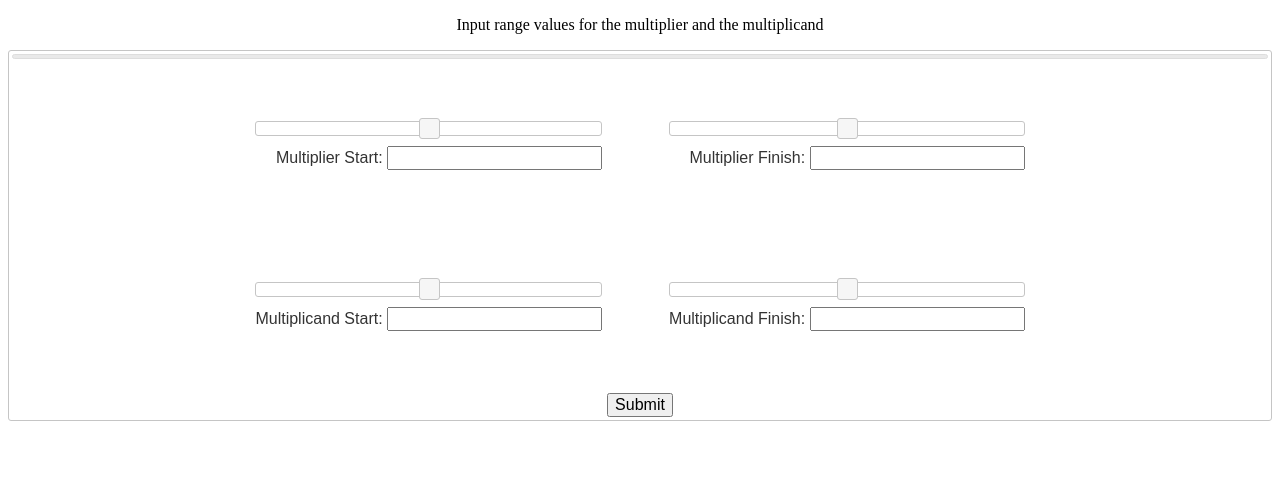
Repository: khrasna/HW4Part2
Page: index.html
The author's editor kept a copy of each file at every save. The page is drawn from the files as they stood at one save, then again after the next save.
The browser window is 1280 px wide. The pictures show the whole page.
Some web libraries are served in a nearby version.

Above is the page before, as saved 2021-11-15 16:24:49.

### index.html
<!-- HTML file for Assignment 3
By Karsten Hrasna  email Karsten_Hrasna@student.uml.edu-->
<!DOCTYPE html>
<html>

<head>
    <title>Multiplication Table</title>
    <link rel="stylesheet" href="style.css">
    <script type="text/javascript" src="https://ajax.googleapis.com/ajax/libs/jquery/3.5.1/jquery.min.js"></script>
    <script type="text/javascript" src="dist/jquery.validate.min.js"></script>
    <script type="text/javascript" src="formvalidate.js"></script>
    <script type="text/javascript"
        src="https://ajax.googleapis.com/ajax/libs/jqueryui/1.11.4/jquery-ui.min.js"></script>
    <link rel="stylesheet" href="https://ajax.googleapis.com/ajax/libs/jqueryui/1.11.4/themes/smoothness/jquery-ui.css">
</head>

<body>
    <p>Input range values for the multiplier and the multiplicand</p>
    <div id="tabs">
        <ul>

        </ul>
        <div id="tab1">
            <!-- Learned from W3schools. Creates a form which takes number ranges for multiplier and multiplicand. -->


            <form id="FormInput" action="javascript:void(0);" method="get">
                <!--Learned about javascript:void(0) from Dutchie432 at https://stackoverflow.com/questions/1818249/form-with-no-action-and-where-enter-does-not-reload-page-->
                <table>
                    <tr>

                        <td class="pad">
                            <div id="slider-1"></div>
                            Multiplier Start: <input input="text" name="MultiplierStart">
                        </td>

                        <td>
                            <div id="slider-2"></div>
                            Multiplier Finish: <input type="text" name="MultiplierFinish">
                        </td>
                    </tr>
                    <tr>
                        <td class="pad">
                            <div id="slider-3"></div>
                            Multiplicand Start: <input type="text" name="MultiplicandStart">
                        </td>

                        <td>
                            <div id="slider-4"></div>
                            Multiplicand Finish: <input type="text" name="MultiplicandFinish">
                        </td>
                    </tr>
                </table>
                <input type="submit" value="Submit">
                <!--goes directly under form and processes the input to create a mult table-->
            </form>
        </div>
    </div>


</body>

</html>

### style.css
/*Created by Karsten Hrasna. email: Karsten_Hrasna@student.uml.edu*/
html,
body {
    height: 97%;
    text-align: center;
}

#slider-1,
#slider-2,
#slider-3,
#slider-4 {
    margin-bottom: 10px;
    margin-top: 10px;
}

div#tab1 {
    display: grid;
    grid-template-columns: 100%;
    /* top row of grid holds the form for input, the rest of page holds the multiplication table*/
    grid-template-rows: auto;
    height: 97%;

}

#multTable {
    margin: auto;
    border-collapse: separate;
    border-spacing: 0;
    /*the dynamically sized multiplication table */
    margin-top: 0px;
    border-bottom: 0px;

}

input[type=submit] {
    /* submit button under form spaced here */
    margin-top: 10px;
    margin-bottom: 0px;
}

#multTable td,
th {
    border: solid;
    border-color: black;
    min-width: 70px;
    font-size: 30px;
    height: 70px;
}


#multTable th {
    position: sticky;
    top: 0px;
    border-right: solid;
    border-right-color: white;
    border-bottom: solid;
    border-bottom-color: white;
    background-color: black;
    color: white;

}

#multTable th:first-child {
    position: sticky;
    top: 70px;
    left: 0;
}


.sticky {
    position: fixed;
    top: 0px;
    /* get the headers to stay fixed on mult table */
    width: 100%;
}

#multTable tr:first-child th:first-child {
    border: none;
    background-color: white;
}

#multTable p.inputError {
    margin: 0px;
}

form {
    grid-row: 1;
    margin-bottom: 0px;
}

table {
    margin-left: auto;
    margin-right: auto;
}

form td {
    text-align: right;
    justify-content: right;
    padding: 50px;

    /*line up the input form textboxes*/
}

form p {
    margin: 0px;
}

td.pad {
    padding-right: 15px;
}

### formvalidate.js
$(function () {
    $("#tabs").tabs();

    $("#slider-1").slider({
        min: -50,                       //initialize the four sliders to set the values of their respective input boxes
        max: 50,
        slide: function (event, ui) {
            $('input[name="MultiplierStart"]').val(ui.value);
        }
    });
    $("#slider-2").slider({
        min: -50,
        max: 50,
        slide: function (event, ui) {
            $('input[name="MultiplierFinish"]').val(ui.value);
        }
    });
    $("#slider-3").slider({
        min: -50,
        max: 50,
        slide: function (event, ui) {
            $('input[name="MultiplicandStart"]').val(ui.value);
        }
    });
    $("#slider-4").slider({
        min: -50,
        max: 50,
        slide: function (event, ui) {
            $('input[name="MultiplicandFinish"]').val(ui.value);
        }
    });

    $('input[name="MultiplierStart"]').on('keyup', function () { //if the input boxes values are changed, set the slider to that value
        $("#slider-1").slider("option", "value", $('input[name="MultiplierStart"]').val());
    });

    $('input[name="MultiplierFinish"]').on('keyup', function () {
        $("#slider-2").slider("option", "value", $('input[name="MultiplierFinish"]').val());
    });

    $('input[name="MultiplicandStart"]').on('keyup', function () {
        $("#slider-3").slider("option", "value", $('input[name="MultiplicandStart"]').val());
    });

    $('input[name="MultiplicandFinish"]').on('keyup', function () {
        $("#slider-4").slider("option", "value", $('input[name="MultiplicandFinish"]').val());
    });


    $.validator.addMethod("less", function (value, element, params) {
        if (params[0].value == "") {
            return true; // dont want it to say that the start has to be greater than finish if no finish given. instead it will say to give finish value in other error
        } else {
            return this.optional(element) || +value <= +params[0].value;

        } //checks to make sure that the starts are less than the finishes, learned from
    });                                                           // https://jqueryvalidation.org/jQuery.validator.addMethod/

    var valid = $('input[value="Submit"]').on("click", function () {
        $("#multTable").remove();

        $("#FormInput").validate({
            onkeyup: false,     //this makes it so the validator doesnt update the error messages whenever new input is typed. only validates when submit is hit.
            onfocusout: false,  //learned about onkeyup, and onfocusout at https://www.sitepoint.com/jquery-validation-validate-form-submit/
            rules: {
                MultiplierStart: {
                    digits: true,
                    less: $('input[name="MultiplierFinish"]'),
                    required: true,
                    range: [-50, 50]
                },
                MultiplierFinish: {
                    required: true,
                    digits: true,
                    range: [-50, 50]
                },

                MultiplicandStart: {
                    digits: true,
                    less: $('input[name="MultiplicandFinish"]'),
                    required: true,
                    range: [-50, 50]
                },

                MultiplicandFinish: {
                    digits: true,
                    required: true,
                    range: [-50, 50]
                }
            },

            messages: {
                MultiplierStart: {
                    digits: "Multiplier Start must be a digit",
                    required: "Multiplier Start must be a digit between -50 and 50",
                    range: "The range of Multiplier Start must stay within -50 and 50",
                    less: "The value of Multiplier Start must be less than or equal to Multiplier Finish."
                },

                MultiplierFinish: {
                    digits: "Multiplier Finish must be a digit",
                    required: "Multiplier Finish must be a digit between -50 and 50",
                    range: "The range of Multiplier Finish must stay within -50 and 50",
                },

                MultiplicandStart: {
                    digits: "Multiplicand Start must be a digit",
                    required: "Multiplicand Start must be a digit between -50 and 50",
                    range: "The range of Multiplicand Start must stay within -50 and 50",
                    less: "The value of Multiplicand Start must be less than or equal to Multiplicand Finish."
                },

                MultiplicandFinish: {
                    digits: "Multiplicand Finish must be a digit",
                    required: "Multiplicand Finish must be a digit between -50 and 50",
                    range: "The range of Multiplicand Finish must stay within -50 and 50",
                }
            },

            errorPlacement: function (error, element) {
                $(error).appendTo($(('#FormInput')));
            },
            errorElement: "p"

        });

        if ($("#FormInput").valid()) {
            process();
        }

    });

});

function process() {
    debugger;
    var multStart = $('input[name="MultiplierStart"]').val();
    var multFinish = $('input[name="MultiplierFinish"]').val();
    var multiplicandStart = $('input[name="MultiplicandStart"]').val();
    var multiplicandFinish = $('input[name="MultiplicandFinish"]').val();

    if (document.getElementById("multTable")) { //remove old table
            var old = document.getElementById("multTable");
            old.remove();
    };

     //clear old table and create a table with size based on input given
    const rowVals = [];
    const colVals = []; //these will hold the values of the multiplier and multiplicand
    var rows = multFinish - multStart;
    var cols = multiplicandFinish - multiplicandStart;
    var tabs = $("#tabs ul li").length + 1; //number of tabs, learned from https://stackoverflow.com/questions/14702631/in-jquery-ui-1-9-how-do-you-create-new-tabs-dynamically
    for (var i = 0; i <= cols; i++) {
        colVals[i] = (+multiplicandStart + +i); //save the values of the numbers being multiplied
    }
    for (var i = 0; i <= rows; i++) {
        rowVals[i] = (+multStart + +i);
    }
    var table = createTable(rows, cols, rowVals, colVals); //create table based on total rows and cols, and top and left are the sets of multipliers and multiplicands
    table.id = "multTable";
    //adds list item to tab list with parameters as title
    $("#tabs ul").append("<li><a href='#tab" + tabs + "'>" + multStart + " " + multFinish + " " + multiplicandStart + " " + multiplicandFinish + "</a></li>");
    $("#tabs").append("<div id='tab" + tabs + "'>" + multStart + " " + multFinish + " " + multiplicandStart + " " + multiplicandFinish + "</div>");
    $("#tab" + tabs).appendTo(table);
    $("#tabs").tabs("refresh");

}

function createTable(rows, cols, rowVals, colVals) {
    var t = document.createElement('table');
    for (var x = 0; x <= rows + 1; x++) { // rows and cols + 1 to indicate ranges of numbers
        var r = document.createElement('tr');
        t.appendChild(r);
        for (var y = 0; y <= cols + 1; y++) {   //creates the cols of the table row by row
            if (y == 0) {
                var c = document.createElement('th'); //create and insert element based on position in table
                c.id = "topHeader";
                if (x != 0) {
                    c.innerHTML = rowVals[x - 1]; // - 1 because it is moved over 1 to the right
                }
            } else if (x == 0) {
                var c = document.createElement('th');
                if (y != 0) {
                    c.innerHTML = colVals[y - 1];
                }
            } else {
                var c = document.createElement('td');
                c.innerHTML = rowVals[x - 1] * colVals[y - 1];
                if (((y % 2) + (x % 2)) == 0 || ((y % 2) + (x % 2)) == 2) { // checker board effect
                    c.style.backgroundColor = "gray";
                }
            }
            r.appendChild(c);
        }
    }
    return t;
}

Loaded but not shown: dist/jquery.validate.min.js (library)

After the next save:
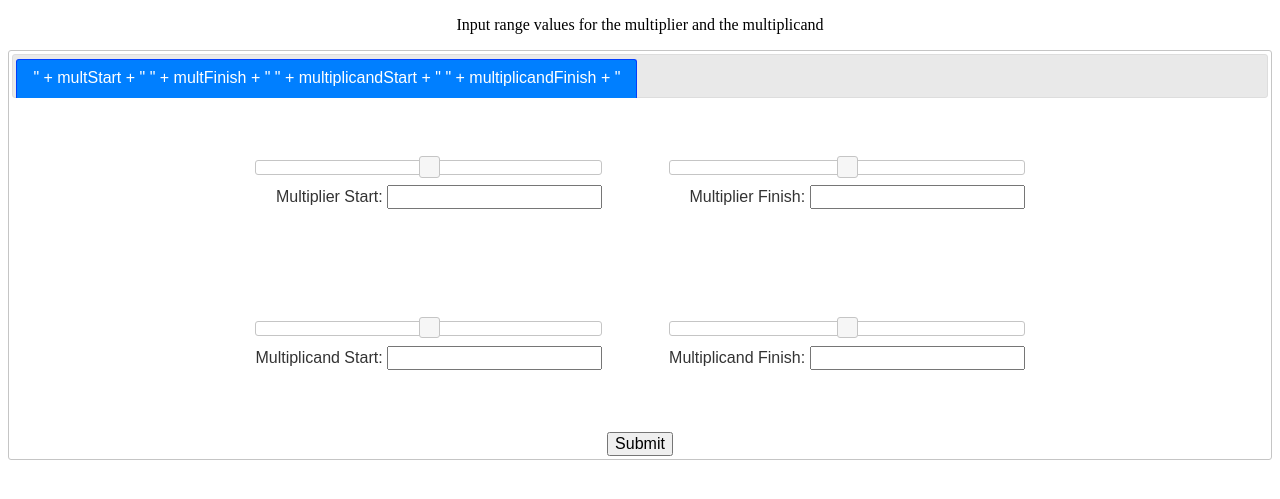
Saved 70 s later.
--- a/index.html
+++ b/index.html
@@ -18,7 +18,9 @@ By Karsten Hrasna  email Karsten_Hrasna@student.uml.edu-->
     <p>Input range values for the multiplier and the multiplicand</p>
     <div id="tabs">
         <ul>
-
+            <li><a href='#tab" + tabs + "'>" + multStart + " " + multFinish + " " + multiplicandStart + " " +
+                    multiplicandFinish +
+                    "</a></li>
         </ul>
         <div id="tab1">
             <!-- Learned from W3schools. Creates a form which takes number ranges for multiplier and multiplicand. -->
